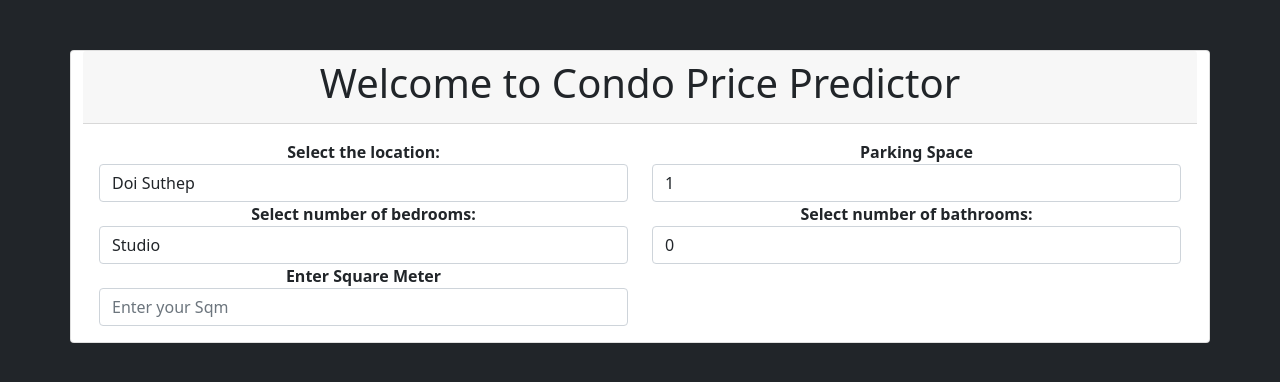
Repository: myothida/condoprice_CNX
Page: http://localhost/
An editor plug-in stored every save of this project. The page is shown before and after the next save, followed by the edit.
The browser window is 1280 px wide. The pictures show the whole page.
The page is served by the project's application, run on Flask 3 (main.py).

Above is the page before, as saved 2023-09-26 22:05:27.

After the next save:
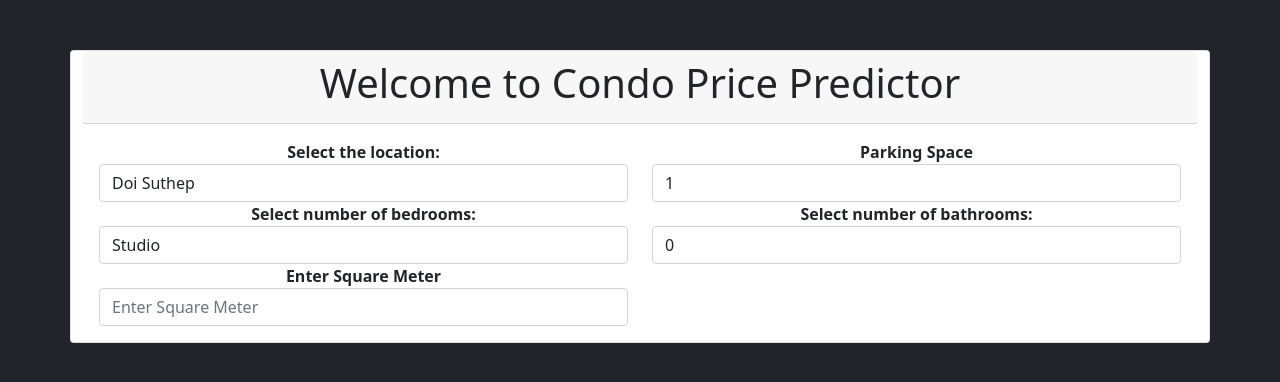
Saved 65 s later.
--- a/templates/index.html
+++ b/templates/index.html
@@ -87,7 +87,7 @@
                     class="form-control"
                     id="Area"
                     name="Area"
-                    placeholder="Enter your Sqm"
+                    placeholder="Enter Square Meter"
                   />
                 </div>
               </div>
